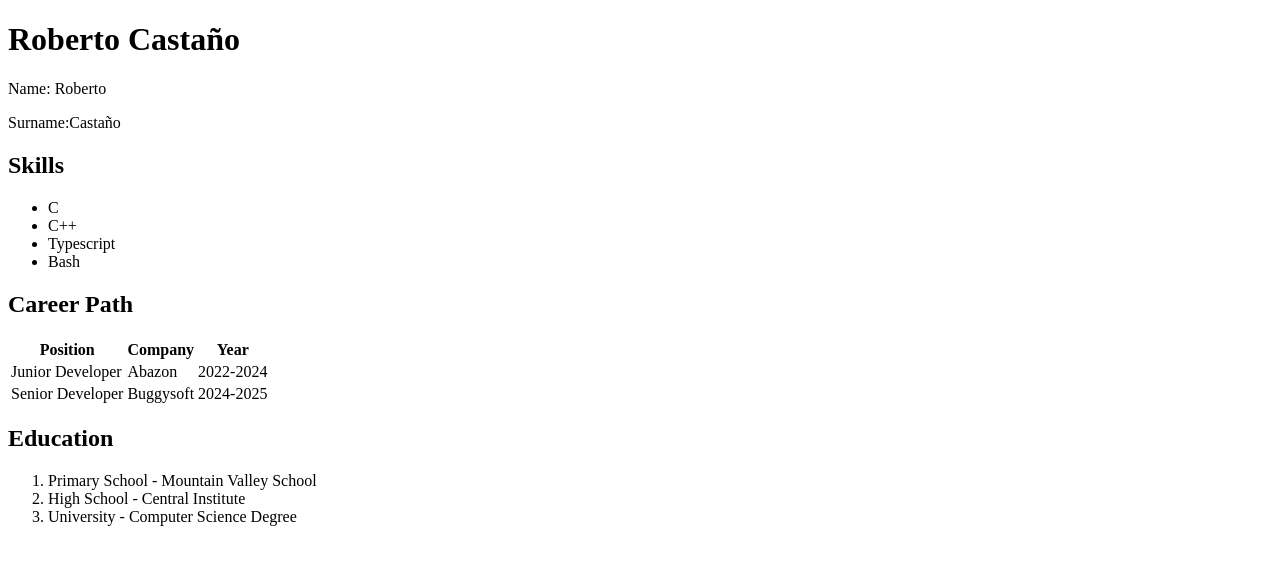
Repository: cronopi/django
Page: Training-Python-Django-0 1/ex01/cv.html
The author's editor kept a copy of each file at every save. The page is drawn from the files as they stood at one save, then again after the next save.
The browser window is 1280 px wide. The pictures show the whole page.

Above is the page before, as saved 2026-03-10 12:24:05.

### Training-Python-Django-0 1/ex01/cv.html
<!DOCTYPE html>
<html>

<head>
	<title>Resume - Roberto Castaño</title>
</head>

<body>
	<h1>Roberto Castaño</h1>

	<p>Name: Roberto</p>
	<p>Surname:Castaño</p>

	<h2>Skills</h2>
	<ul>
		<li>C</li>
		<li>C++</li>
		<li>Typescript</li>
		<li>Bash</li>
	</ul>

	<h2>Career Path</h2>
	<table>
		<tr>
			<th>Position</th>
			<th>Company</th>
			<th>Year</th>
		</tr>
		<tr>
			<td>Junior Developer</td>
			<td>Abazon</td>
			<td>2022-2024</td>
		</tr>
		<tr>
			<td>Senior Developer</td>
			<td>Buggysoft</td>
			<td>2024-2025</td>
		</tr>
	</table>

	<h2>Education</h2>
	<ol>
		<li>Primary School - Mountain Valley School</li>
		<li>High School - Central Institute</li>
		<li>University - Computer Science Degree</li>
	</ol>
</body>

</html>

After the next save:
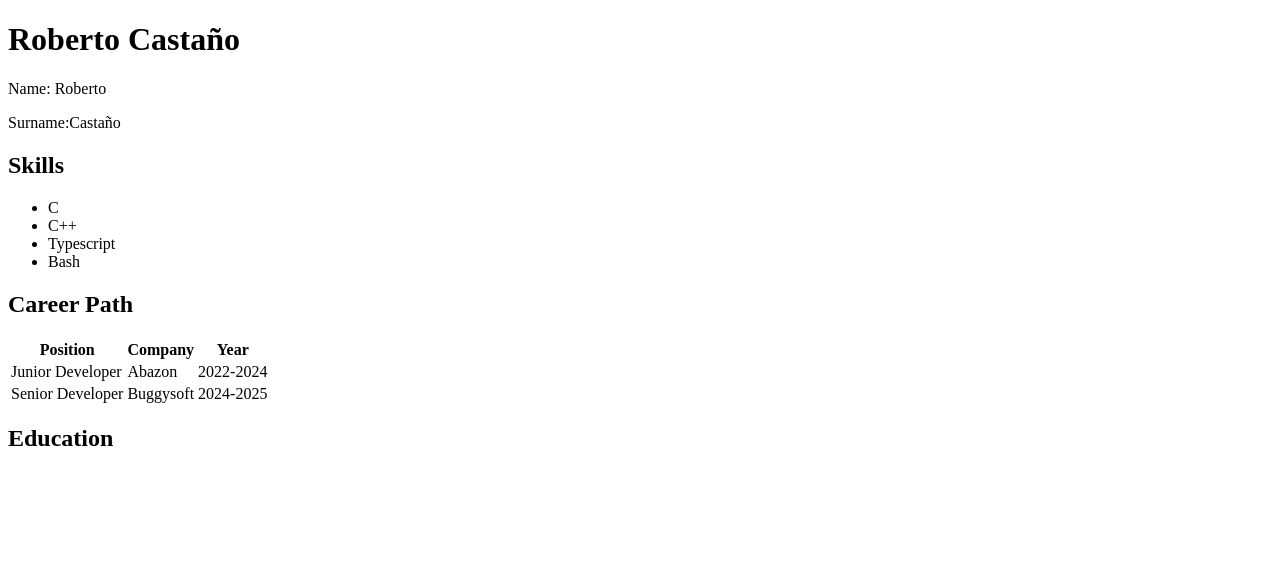
Saved 18 s later.
--- a/Training-Python-Django-0 1/ex01/cv.html
+++ b/Training-Python-Django-0 1/ex01/cv.html
@@ -39,11 +39,7 @@
 	</table>
 
 	<h2>Education</h2>
-	<ol>
-		<li>Primary School - Mountain Valley School</li>
-		<li>High School - Central Institute</li>
-		<li>University - Computer Science Degree</li>
-	</ol>
+
 </body>
 
 </html>
